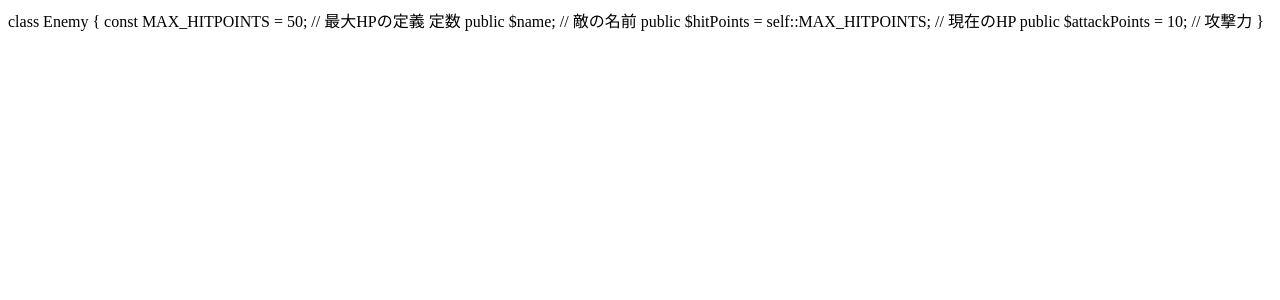
Repository: ymatsuza1128/TechpitFF
Page: http://localhost/TechpitFF/classes/Enemy.php
The author's editor kept a record of every edit. The page is drawn from the files as they stood at one moment, then again after the next edit.
The browser window is 1280 px wide. The pictures show the whole page.
The page is run by PHP 8.4 with error messages shown; the project is at /var/www/html/.

Above is the page before.

After the next edit:
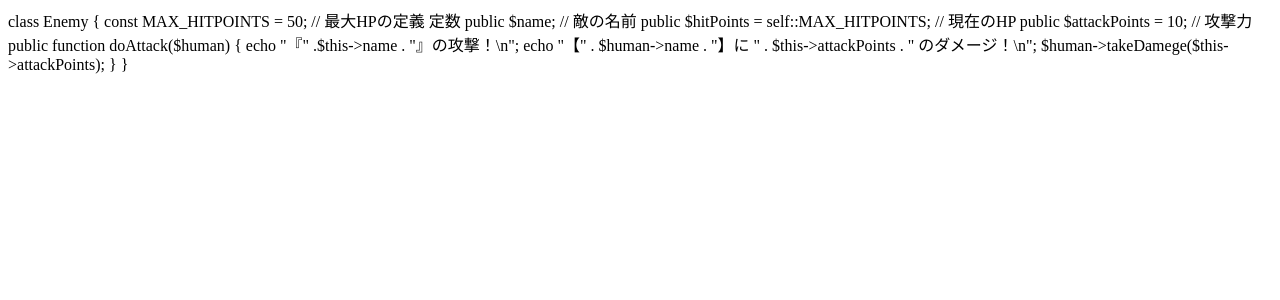
The edit:
--- a/TechpitFF/classes/Enemy.php
+++ b/TechpitFF/classes/Enemy.php
@@ -4,4 +4,11 @@
     public $name; // 敵の名前
     public $hitPoints = self::MAX_HITPOINTS; // 現在のHP
     public $attackPoints = 10; // 攻撃力
+
+    public function doAttack($human)
+    {
+        echo "『" .$this->name . "』の攻撃！\n";
+        echo "【" . $human->name . "】に " . $this->attackPoints . " のダメージ！\n";
+        $human->takeDamege($this->attackPoints);
+    }
 }
